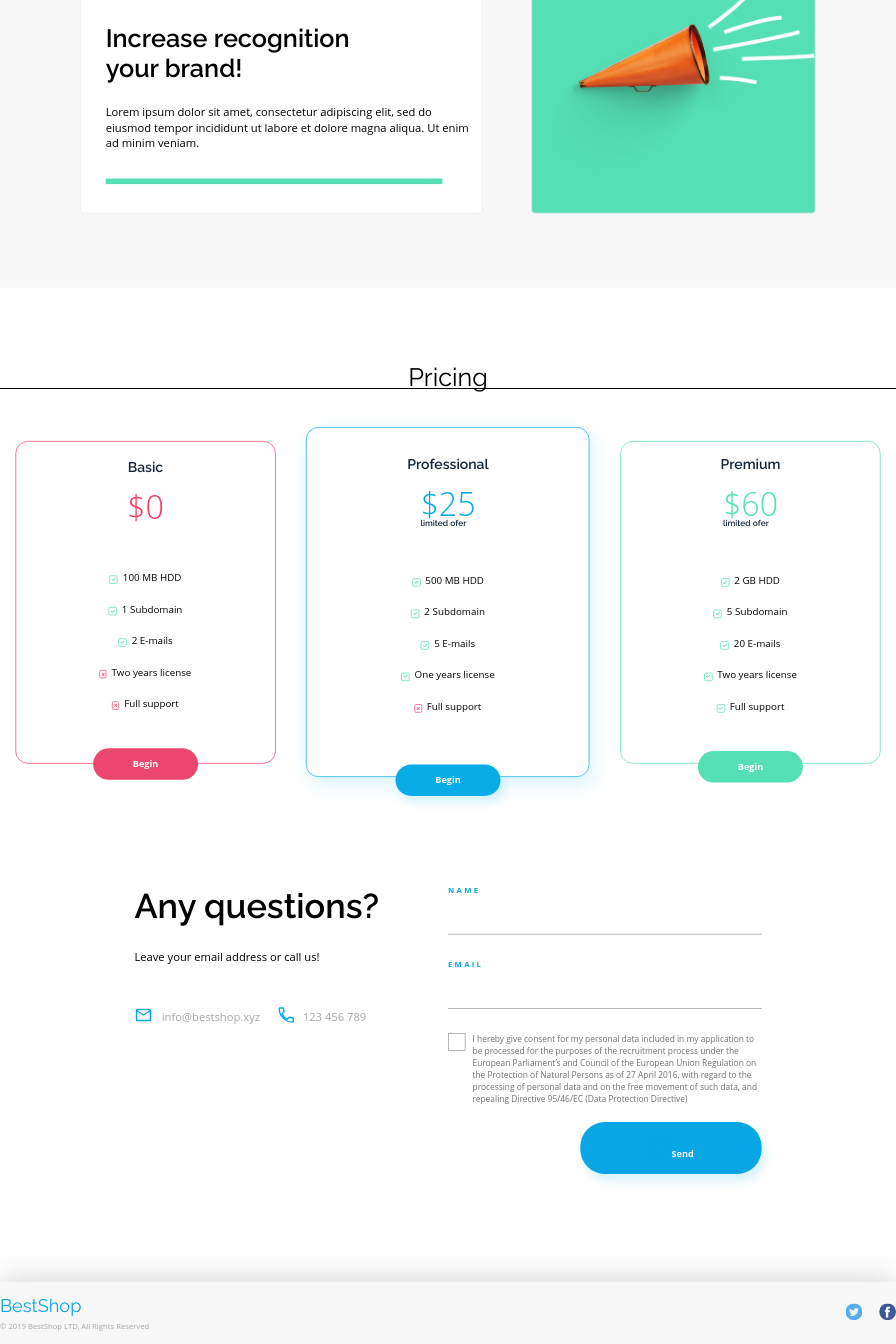
Repository: VolodymyrDubnytskyi/BestShop_project
Page: index.html
The author's editor kept a copy of each file at every save. The page is drawn from the files as they stood at one save, then again after the next save.
The browser window is 1280 px wide. The pictures show the part of the page from y = 2350 to 4270 px (the page is 4270 px tall), at 70% of full size.
Some web libraries are served in a nearby version.

Above is the page before, as saved 2020-01-17 21:24:49.

### index.html
<!DOCTYPE html>
<html lang="en">

<head>
    <meta charset="UTF-8">
    <meta name="viewport" content="width=device-width, initial-scale=1.0">
    <meta http-equiv="X-UA-Compatible" content="ie=edge">
    <link rel="stylesheet" href="https://use.fontawesome.com/releases/v5.1.1/css/all.css"
        integrity="sha384-O8whS3fhG2OnA5Kas0Y9l3cfpmYjapjI0E4theH4iuMD+pLhbf6JI0jIMfYcK3yZ" crossorigin="anonymous">
    <link href="https://fonts.googleapis.com/css?family=Raleway:400,600&display=swap" rel="stylesheet">
    <link rel="stylesheet" href="css/reset.css">
    <link rel="stylesheet" href="css/style.css">
    <script src="js/landingPage.js" defer></script>
    <title>Document</title>
</head>

<body>
    <header class="header">
        <nav class="navbar">
            <section class="container navbar-container">
                <h2 class="logo">BestShop</h2>
                <ul class="ul-list-nav">
                    <li><a href="#">why us</a></li>
                    <li><a href="#">benefits</a></li>
                    <li><a href="#">prices</a></li>
                    <li><a href="#">contact</a></li>
                </ul>
                <div class="toggle-menu">
                    <span></span>
                    <span></span>
                    <span></span>
                </div>
            </section>
        </nav>
        <section class="section-for-h1">
            <section class="main-heding-h1">
                <h1>Sell More!</h1>
                <p class="text-under-h1-line">Open shop on our platform and increase your sales</p>
                <a href="" class="open-your-shop-btn">Open your shop</a>
            </section>
        </section>
        <div class="toggle-mobil-active">
            <ul class="toggle-list">
                <li><a href="#">why us</a></li>
                <li><a href="#">benefits</a></li>
                <li><a href="#">prices</a></li>
                <li><a href="#">contact</a></li>
            </ul>
        </div>
    </header>
    <section class="sales-platform">
        <h2 class="sales-platform-heading">The most popular sales platform in country</h2>
        <section class="sales-platform-main-box container">
            <arcticle class="sales-platform-boxes">
                <div class="circle circle-red"></div>
                <img src="img/Person.svg" alt="" class="img-absolut">

                <h3 class="sales-platform-box-heading">100000+</h3>
                <p class="sales-platform-box-content">daily entries</p>
            </arcticle>
            <arcticle class="sales-platform-boxes">
                <div class="circle circle-blue"></div>
                <img src="img/Eye.svg" alt="" class="img-absolut absotul-img-mid">

                <h3 class="sales-platform-box-heading">2000000+</h3>
                <p class="sales-platform-box-content">seen products every day</p>
            </arcticle>
            <arcticle class="sales-platform-boxes">
                <div class="circle circle-green"></div>
                <img src="img/Catalog.svg" alt="" class="img-absolut">

                <h3 class="sales-platform-box-heading">10000+</h3>
                <p class="sales-platform-box-content">added posts daily</p>
            </arcticle>
        </section>
    </section>
    <!-- *  MAIN -->

    <main>
        <section class="container main-content-container">
            <arcticle class="main-content-boxes">
                <div class="main-content-info-box">
                    <h2>Be always first</h2>
                    <p>Lorem ipsum dolor, sit amet consectetur adipisicing elit. Asperiores incidunt sed consequuntur
                        assumenda quibusdam non tempora perferendis libero.</p>
                    <hr class="hr-for-first-box">
                </div>
                <div class="main-content-img-box">
                    <div class="rhombus-div"></div>
                    <img src="img/Macbook2.png" alt="" class="main-content-img">
                </div>
            </arcticle>

            <arcticle class="main-content-boxes">
                <div class="main-content-img-box">
                    <div class="blue-circle"></div>
                    <img src="img/iPhone2.png" alt="" class="main-content-img main-content-img-phone">

                </div>
                <div class="main-content-info-box">
                    <h2 class="main-h2-second-arcticle">Your shop is where you are!</h2>
                    <p class="second-arcticle-p">Lorem ipsum dolor, sit amet consectetur adipisicing elit. Asperiores incidunt sed consequuntur
                        assumenda quibusdam non tempora perferendis libero.</p>
                    <hr class="hr-for-second-box">
                </div>
            </arcticle>

            <arcticle class="main-content-boxes main-content-boxes-split-for-two">
                <div class="maint-contet-last-box-one">
                    <h2>Increase recognition your brand!</h2>
                    <p>Lorem ipsum dolor sit amet, consectetur adipiscing elit, sed do eiusmod tempor incididunt ut
                        labore et dolore magna aliqua. Ut enim ad minim veniam.</p>
                    <hr class="hr-for-third-box">
                </div>
                <div class="maint-contet-last-box-second">
                    <img src="img/Trumpet.png" alt="" class="img-trumpet">
                </div>
            </arcticle>
        </section>
        </section>
    </main>
    <footer>
        <section class="pricing-section container">
            <h2>Pricing</h2>
            <section class="pricing-box-main">
                <arcticle class="pricing-box pricing-box-basic">
                    <h3>Basic</h3>
                    <h4>$0</h4>
                    <span class="pricing-box-content">100 MB HDD</span>
                    <span class="pricing-box-content">1 Subdomain</span>
                    <span class="pricing-box-content">2 E-mails</span>
                    <span class="pricing-box-content pricing-box-content-dont-ofer">Two years license</span>
                    <span class="pricing-box-content pricing-box-content-dont-ofer">Full support</span>
                    <a href="" class="begin-links begin-links-basic">Begin</a>
                </arcticle>
                <arcticle class="pricing-box pricing-box-professional">
                    <h3>Professional</h3>
                    <h4 class="heading-after-limited-offer">$25</h4>
                    <span class="pricing-box-content">500 MB HDD</span>
                    <span class="pricing-box-content">2 Subdomain</span>
                    <span class="pricing-box-content">5 E-mails</span>
                    <span class="pricing-box-content">One years license</span>
                    <span class="pricing-box-content pricing-box-content-dont-ofer">Full support</span>
                    <a href="" class="begin-links begin-links-professional">Begin</a>
                </arcticle>
                <arcticle class="pricing-box pricing-box-premium">
                    <h3>Premium</h3>
                    <h4 class="heading-after-limited-offer">$60</h4>
                    <span class="pricing-box-content">2 GB HDD</span>
                    <span class="pricing-box-content">5 Subdomain</span>
                    <span class="pricing-box-content">20 E-mails</span>
                    <span class="pricing-box-content">Two years license</span>
                    <span class="pricing-box-content">Full support</span>
                    <a href="" class="begin-links begin-links-premium">Begin</a>
                </arcticle>
            </section>
        </section>
    </footer>
    <section class="form-main">
        <section class="form-and-questions-box">
            <arcticle class="questions-box">
                <h2>Any questions?</h2>
                <p>Leave your email address or call us!</p>
                <span class="mail-icon ">info@bestshop.xyz</span>
                <span class="phone-icon ">123 456 789</span>
            </arcticle>
            <arcticle class="form-box">
                <form action="" class="footer-form">
                    <label for="#name" class="lables">name</label>
                    <input type="text" id="name">
                    <label for="#email" class="lables">email</label>
                    <input type="email">
                    <div class="i-agree-terms">
                        <label class="container-new-chekbox">
                            <input type="checkbox">
                            <span class="checkmark"></span>


                        </label>
                        <div>I hereby give consent for my personal data included in my application to be processed
                            for
                            the purposes of the recruitment process under the European Parliament’s and Council of
                            the
                            European Union Regulation on the Protection of Natural Persons as of 27 April 2016, with
                            regard to the processing of personal data and on the free movement of such data, and
                            repealing Directive 95/46/EC (Data Protection Directive)
                        </div>
                    </div>
                    <div class="button-box">
                        <button class="btn-send"><span class="bnt-loading"></span> Send</button>
                    </div>

                </form>
            </arcticle>
        </section>
    </section>
    <section class="social-networks-main">
        <section class="container class social-networks-box">
            <arcticle class="social-networks-logo">
                <h2 class="logo logo-footer">BestShop</h2>
                <p>© 2019 BestShop LTD, All Rights Reserved</p>
            </arcticle>
            <arcticle class="social-networks-links">
                <a href="">
                    <img src="img/Twitter.svg" alt="">
                </a><a href="">
                    <img src="img/Facebook.svg" alt="">
                </a>
            </arcticle>
        </section>
    </section>
</body>

</html>

Loaded but not shown: css/reset.css (common file); js/landingPage.js (31 lines, source omitted); css/style.css (908 lines, source omitted)

After the next save:
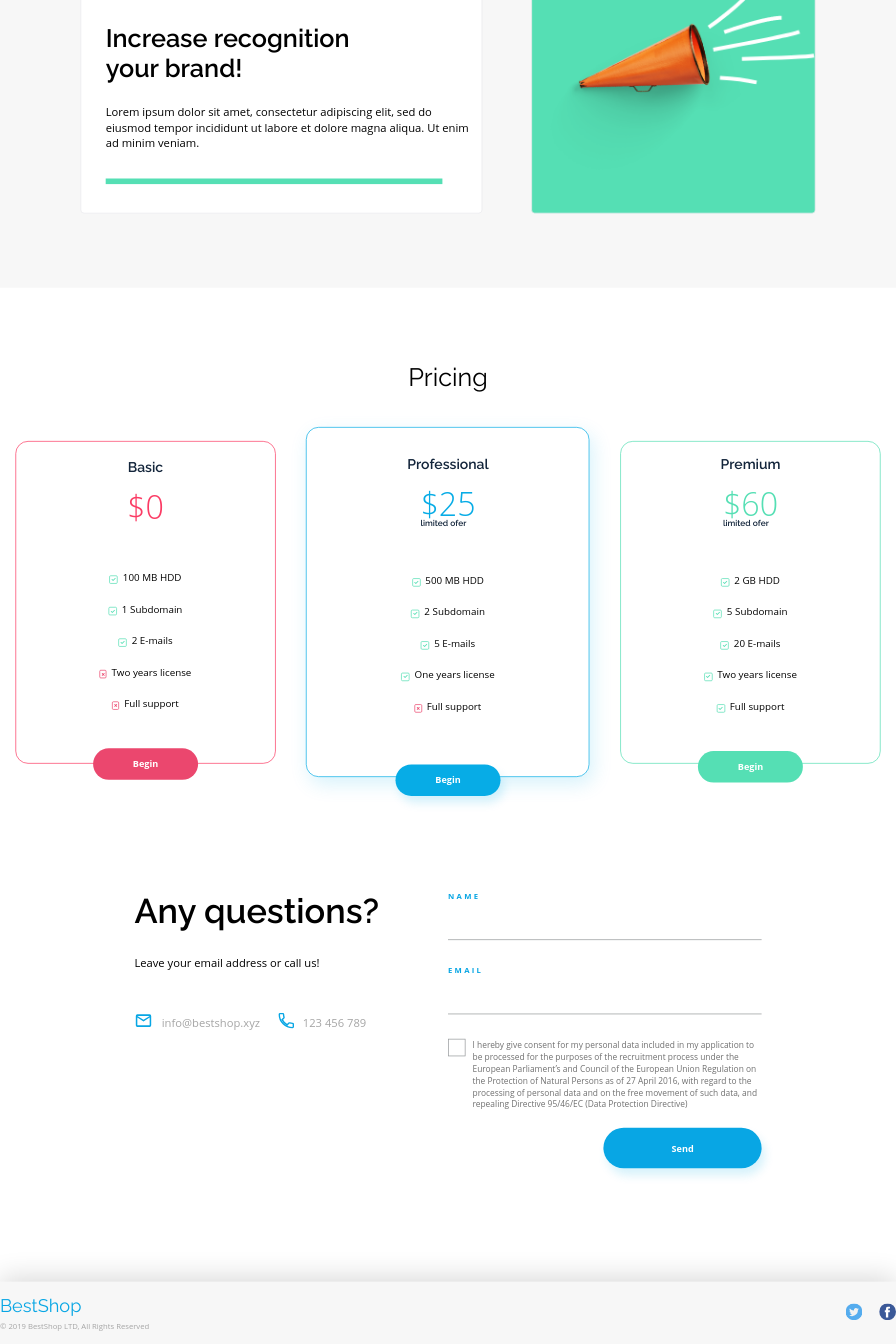
Saved 73 s later.
--- a/index.html
+++ b/index.html
@@ -187,7 +187,7 @@
                         </div>
                     </div>
                     <div class="button-box">
-                        <button class="btn-send"><span class="bnt-loading"></span> Send</button>
+                        <button class="btn-send"><span class="btn-loading"></span> Send</button>
                     </div>
 
                 </form>
